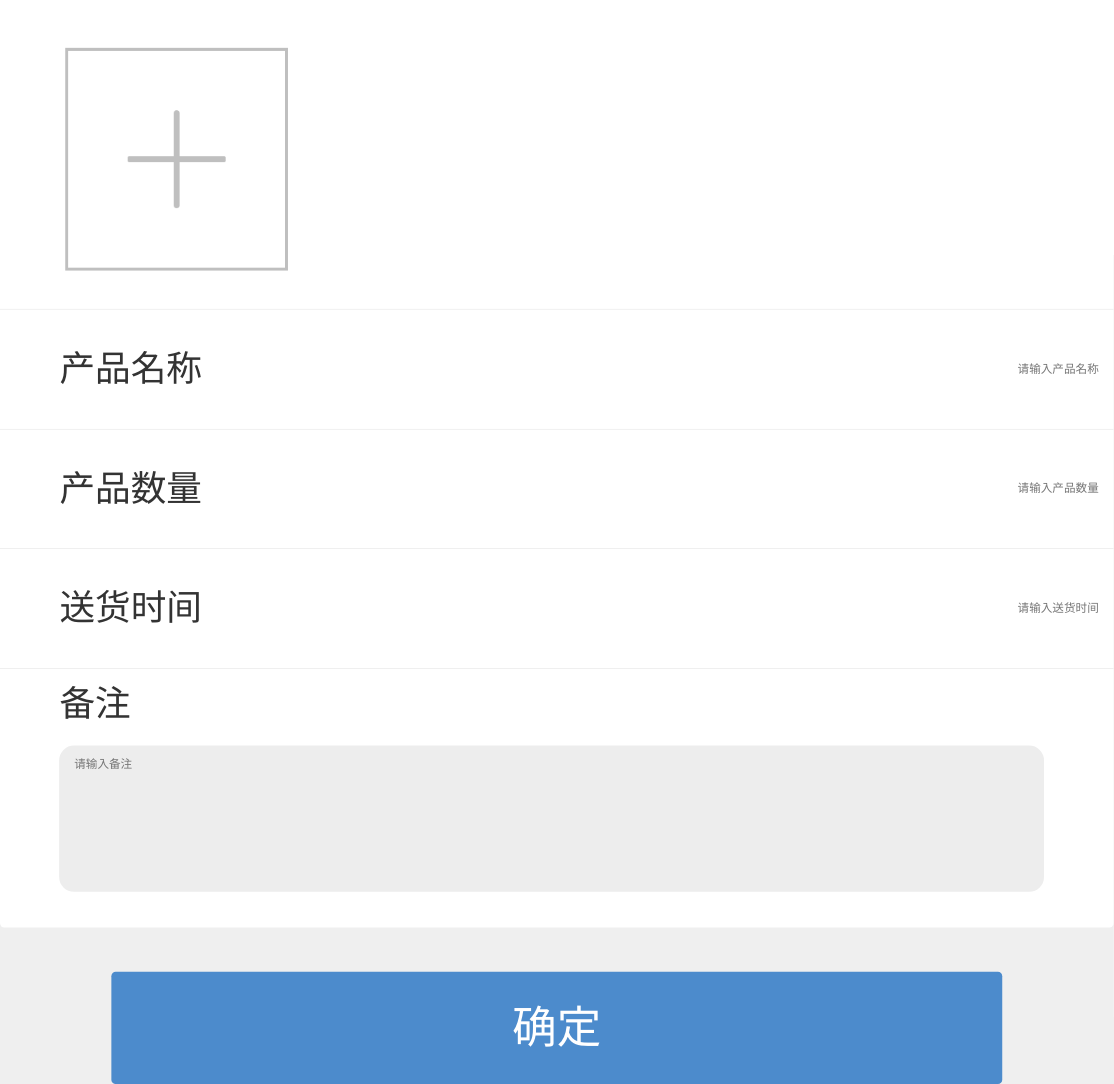
Repository: missing-star/produce
Page: Cbuyer.html
The author's editor kept a copy of each file at every save. The page is drawn from the files as they stood at one save, then again after the next save.
The browser window is 1280 px wide. The pictures show the whole page, at 87% of full size.

Above is the page before, as saved 2019-05-20 15:21:31.

### Cbuyer.html
<!DOCTYPE html>
<html lang="en">

<head>
    <meta charset="UTF-8">
    <meta content="width=device-width, initial-scale=1.0, maximum-scale=1.0, user-scalable=0;" name="viewport" />
    <meta http-equiv="X-UA-Compatible" content="ie=edge">
    <title>采购订单</title>
    <link rel="stylesheet" href="css/weui.min.css">
    <link rel="stylesheet" href="css/Cbuyer.css">
    <link rel="stylesheet" href="css/base.css">
</head>

<body>
    <div id="app">
        <div class="buyer">
            <div class="buyer_wrap">
                <img class="buyer_img" @click="uploadEvent" :src="avter==''?'img/upload.png':avter" alt="">
                <input type="file" @change="uploadImg($event)" id="order-img" hidden>
            </div>
            <ul class="buyer_uu">
                <li>
                    <span>产品名称</span>
                    <div class="box">
                        <input type="text" v-model="title" placeholder="请输入产品名称" id="hh">
                        <!-- <span>请输入产品名称</span> -->
                        <!-- <span class="next" @click="select"></span> -->
                        <!-- <img  src="img/xia.png" alt="" > -->
                        <!-- <select name="" id="">
                            <option>1</option>
                            <option>2</option>
                            <option>3</option>
                            <option>4</option>
                        </select> -->
                    </div>

                </li>
                <li>
                    <span>产品数量</span>
                    <div class="box">
                        <!-- <span>请输入产品数量</span> -->
                        <input type="text" placeholder="请输入产品数量" id="">
                        <!-- <img class="next" src="img/xia.png" alt=""> -->
                    </div>
                </li>
                <li>
                    <span>送货时间</span>
                    <div class="box">
                        <!-- <span>请输入产品数量</span> -->
                        <input @input="formatDate($event)" type="text" readonly placeholder="请输入送货时间" id="date-picker">
                        <!-- <img class="next" src="img/xia.png" alt=""> -->
                    </div>
                </li>
            </ul>
            <div class="buyer_text">
                <p>备注</p>
                <textarea placeholder="请输入备注" name="" id="" cols="30" rows="10"></textarea>
            </div>
        </div>

        <div class="edit_btn">确定</div>
    </div>
</body>

</html>
<script src="js/jquery.min.js"></script>
<script src="js/vue.js"></script>
<script src="js/weui.min.js"></script>
<script src="js/api.js"></script>
<script src="js/jquery.combo.select.js"></script>
<script src="js/Cbuyer.js"></script>

### css/Cbuyer.css
.buyer {
    width: 100%;
    background: rgba(255, 255, 255, 1);
    border-radius: 0px 0px 5px 5px;
}

.buyer_wrap {
    padding: 0.16rem 0 0.13rem 0.22rem;
    line-height: 0;
}

.buyer_img {
    width: 0.75rem;
    height: 0.75rem;
}

.buyer_uu li {
    font-size: 0.12rem;
    border-top: 1px solid #EDEDED;
    display: flex;
    align-items: center;
    justify-content: space-between;
    padding: 0 0.05rem 0 0.2rem;
    line-height: 0.4rem;
    color: #333333;
}

.box {
    display: flex;
    align-items: center;
    justify-content: flex-end;
}

.box>input {
    text-align: right;
    border: 0;
    outline: none;
    background: transparent;
    color: #868686;
}

.next {
    display: block;
    width: 0.3rem;
    height: 0.3rem;
    background: url(../img/xia.png)no-repeat;
    background-size: 100% 100%;
    line-height: 0.3rem;
}

.buyer_text {
    font-size: 0.12rem;
    color: #333333;
    padding: 0.06rem 0.2rem 0.1rem;
    border-top: 1px solid #EDEDED;
}

textarea {
    width: 96%;
    height: 0.43rem;
    background: rgba(237, 237, 237, 1);
    border-radius: 0.05rem;
    margin-top: 0.08rem;
    border: 0;
    resize: none;
    outline: none;
    padding: 0.03rem 0.05rem;
}

.edit_btn {
    width: 80%;
    height: 0.38rem;
    background: rgba(76, 139, 204, 1);
    border-radius: 5px;
    font-size: 0.15rem;
    color: rgba(255, 255, 255, 1);
    text-align: center;
    line-height: 0.38rem;
    margin: 0.15rem auto 0;
}

#Svalue {
    width: 0.3rem;
    height: 0.3rem;
    background: url(../img/xia.png)no-repeat;
    background-size: 100% 100%;
    /* color: transparent; */
}

### css/base.css
/* http://meyerweb.com/eric/tools/css/reset/
   v2.0 | 20110126
   License: none (public domain)
*/

html,
body,
div,
span,
applet,
object,
iframe,
h1,
h2,
h3,
h4,
h5,
h6,
p,
blockquote,
pre,
a,
abbr,
acronym,
address,
big,
cite,
code,
del,
dfn,
em,
img,
ins,
kbd,
q,
s,
samp,
small,
strike,
strong,
sub,
sup,
tt,
var,
b,
u,
i,
center,
dl,
dt,
dd,
ol,
ul,
li,
fieldset,
form,
label,
legend,
table,
caption,
tbody,
tfoot,
thead,
tr,
th,
td,
article,
aside,
canvas,
details,
embed,
figure,
figcaption,
footer,
header,
hgroup,
menu,
nav,
output,
ruby,
section,
summary,
time,
mark,
audio,
video {
    margin: 0;
    padding: 0;
    border: 0;
    font-size: 100%;
    font: inherit;
    vertical-align: baseline;
}

/* HTML5 display-role reset for older browsers */
article,
aside,
details,
figcaption,
figure,
footer,
header,
hgroup,
menu,
nav,
section {
    display: block;
}

body {
    line-height: 1;
}

ol,
ul {
    list-style: none;
}

blockquote,
q {
    quotes: none;
}

blockquote:before,
blockquote:after,
q:before,
q:after {
    content: '';
    content: none;
}

table {
    border-collapse: collapse;
    border-spacing: 0;
}


body,
html {
    font-size: calc(100vw / 3.75);
    background: #efefef;
    font-family: PingFangSC-Regular;
}


[v-cloak] {
    display: none;
}


hr {
    margin: 0;
    padding: 0;
}

/* .container {
    width: 90%;
    max-width: 1200px;
    margin: 0 auto;
} */

.toast-tips {
    width: 36%;
    background: #323232;
    color: #fff;
    font-size: 12px;
    position: fixed;
    padding: 8px 20px;
    border-radius: 5px;
    left: 32%;
    bottom: 50%;
    text-align: center;
    box-sizing: border-box;
    line-height: 1.5;
}

### js/api.js
var api = "http://caigou.pzhkj.cn"




function getUrlKey(name) {
    return decodeURIComponent((new RegExp('[?|&]' + name + '=' + '([^&;]+?)(&|#|;|$)').exec(location.href) || [, ""])[1].replace(/\+/g, '%20')) || null
}

// 信息提示框
function toast(msg) {
    var toastWrapper = '<div class="toast-tips">'+msg+'</div>';
    $('body').append(toastWrapper);
    setTimeout(function() {
        $('.toast-tips').fadeOut(1000);
        setTimeout(function(){
        $('.toast-tips').remove();
        }, 1000);
    }, 500);
}
// 混入过滤器
Vue.mixin({
    filters:{
        filterImg(url) {
            return api+url;
        }
    }
});

### js/Cbuyer.js
var xm = new Vue({
    el: "#app",
    data: {
        avter: '',
        title: '',
    },
    methods: {
        select() {
            alert(11)
            //  $(".next").find('select.Svalue').click();
            // document.getElementById('Svalue').click();
            document.getElementById("Svalue").click()
            // document.getElementById
            console.log(document.getElementById('Svalue'))
        },
        ddl_change() {
            this.title = $("#Svalue").val()
        },
        uploadEvent() {
            // 点击上传文件事件
            $('#order-img').click();
        },
        formatDate(e) {
            // 格式化日期
            var newDate = new Date(e.target.value);
            console.log(newDate.getFullYear(),newDate.getMonth()+1,newDate.getDate(),newDate.getHours(),newDate.getMinutes());
        },
        uploadImg(e) {
            var formData = new FormData();
            formData.append('file', e.target.files[0]);
            // 上传图片
            $.ajax({
                url: api + '/api/common/upload',
                type:'post',
                async: false,
                contentType: false,
                processData: false,
                data: formData,
                success: function (data) {

                },
                error: function () {
                    toast('服务器异常');
                }
            });
        },
        addOrder() {
            // 上传采购记录
            $.post(api + '/api/purchase/creOrder', {
                    product_name: this.title,
                    // 商品数量
                    qty: 1,
                    product_image: '',
                    delivery_at: ''
                }, function (data) {

                }, 'json')
                .fail(function (err) {
                    toast('服务器异常!');
                });
        }

    },
    created() {
        this.$nextTick(() => {
            console.log(777);
            $("#date-picker").datetimePicker();
        });
    }

});




$(function () {
    $('select').comboSelect();

    $('.show').on('click', function (e) {
        $('select').focus();
        e.preventDefault();
    });

    $('.show').on('click', function (e) {
        $('select').trigger('comboselect:close');
        e.preventDefault();
    });
});

Loaded but not shown: css/weui.min.css (library); js/jquery.min.js (library); js/vue.js (library); js/weui.min.js (library); js/jquery.combo.select.js (library); css/jquery-weui.min.css (library)

After the next save:
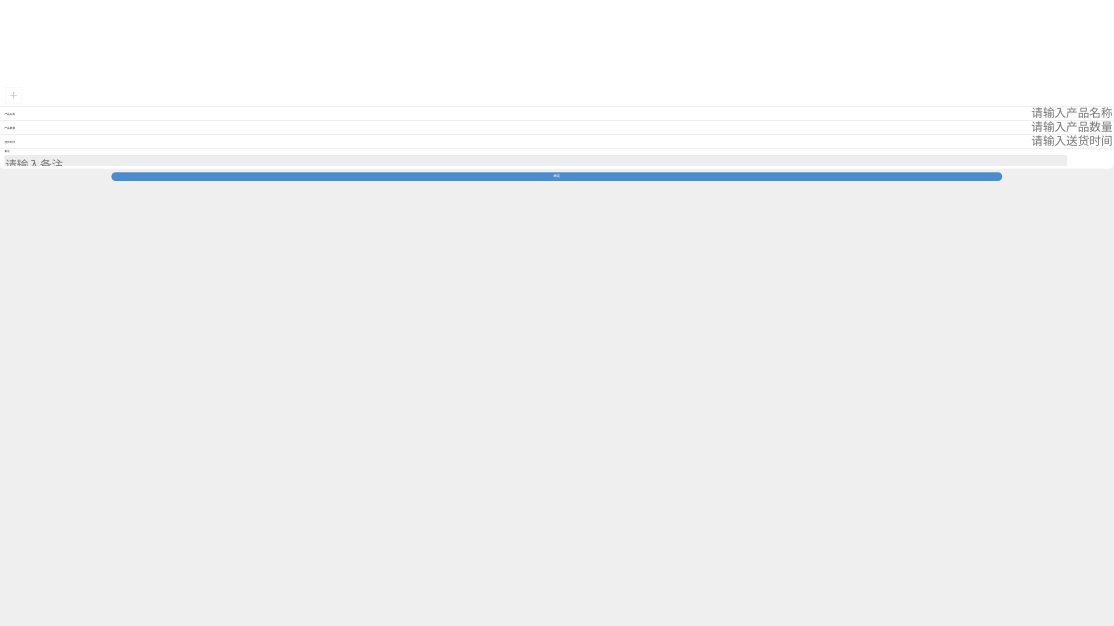
Saved 18 s later.
--- a/Cbuyer.html
+++ b/Cbuyer.html
@@ -7,6 +7,7 @@
     <meta http-equiv="X-UA-Compatible" content="ie=edge">
     <title>采购订单</title>
     <link rel="stylesheet" href="css/weui.min.css">
+    <link rel="stylesheet" href="css/jquery-weui.min.css">
     <link rel="stylesheet" href="css/Cbuyer.css">
     <link rel="stylesheet" href="css/base.css">
 </head>
